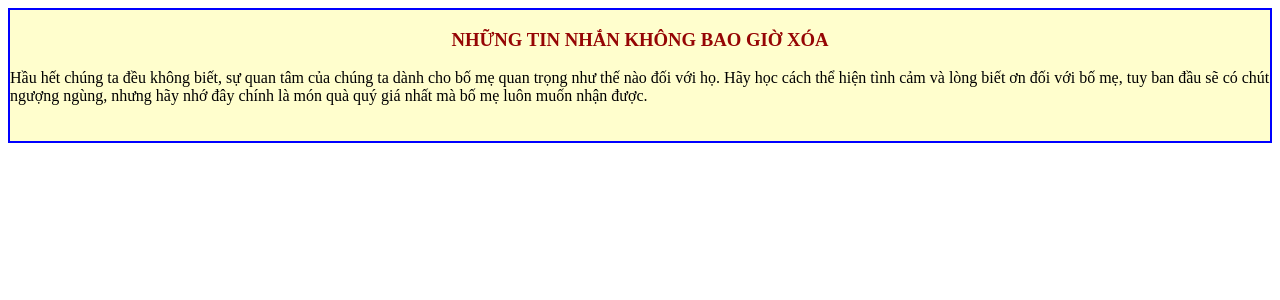
Repository: Tan-Khang21/TH_TKW--Buoi_06
Page: Bai_Tap_Mau/Bai_01/Css1.html
An editor plug-in stored every save of this project. The page is shown before and after the next save, followed by the edit.
The browser window is 1280 px wide. The pictures show the whole page.

Above is the page before, as saved 2024-03-11 15:57:33.

### Bai_Tap_Mau/Bai_01/Css1.html
<!DOCTYPE html>
<html lang="en">
  <head>
    <meta charset="UTF-8" />
    <meta name="viewport" content="width=device-width, initial-scale=1.0" />
    <title>Document</title>
  </head>
  <body>
    <div>
      <div
        style="
        width: 600px
          padding: 10px;
          padding-bottom: 20px;
          border: 2px solid blue;
          background-color: #fffecd;
        "
      >
        <h3 style="text-align: center; color: #950504">
          NHỮNG TIN NHẮN KHÔNG BAO GIỜ XÓA
        </h3>
        <p>
          Hầu hết chúng ta đều không biết, sự quan tâm của chúng ta dành cho bố
          mẹ quan trọng như thế nào đối với họ. Hãy học cách thể hiện tình cảm
          và lòng biết ơn đối với bố mẹ, tuy ban đầu sẽ có chút ngượng ngùng,
          nhưng hãy nhớ đây chính là món quà quý giá nhất mà bố mẹ luôn muốn
          nhận được.
        </p>
      </div>
    </div>
  </body>
</html>

After the next save:
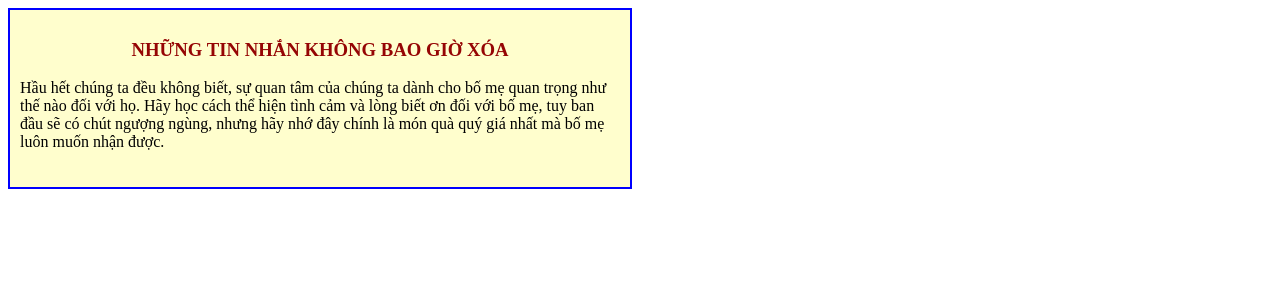
Saved 11 s later.
--- a/Bai_Tap_Mau/Bai_01/Css1.html
+++ b/Bai_Tap_Mau/Bai_01/Css1.html
@@ -9,7 +9,7 @@
     <div>
       <div
         style="
-        width: 600px
+          width: 600px;
           padding: 10px;
           padding-bottom: 20px;
           border: 2px solid blue;
